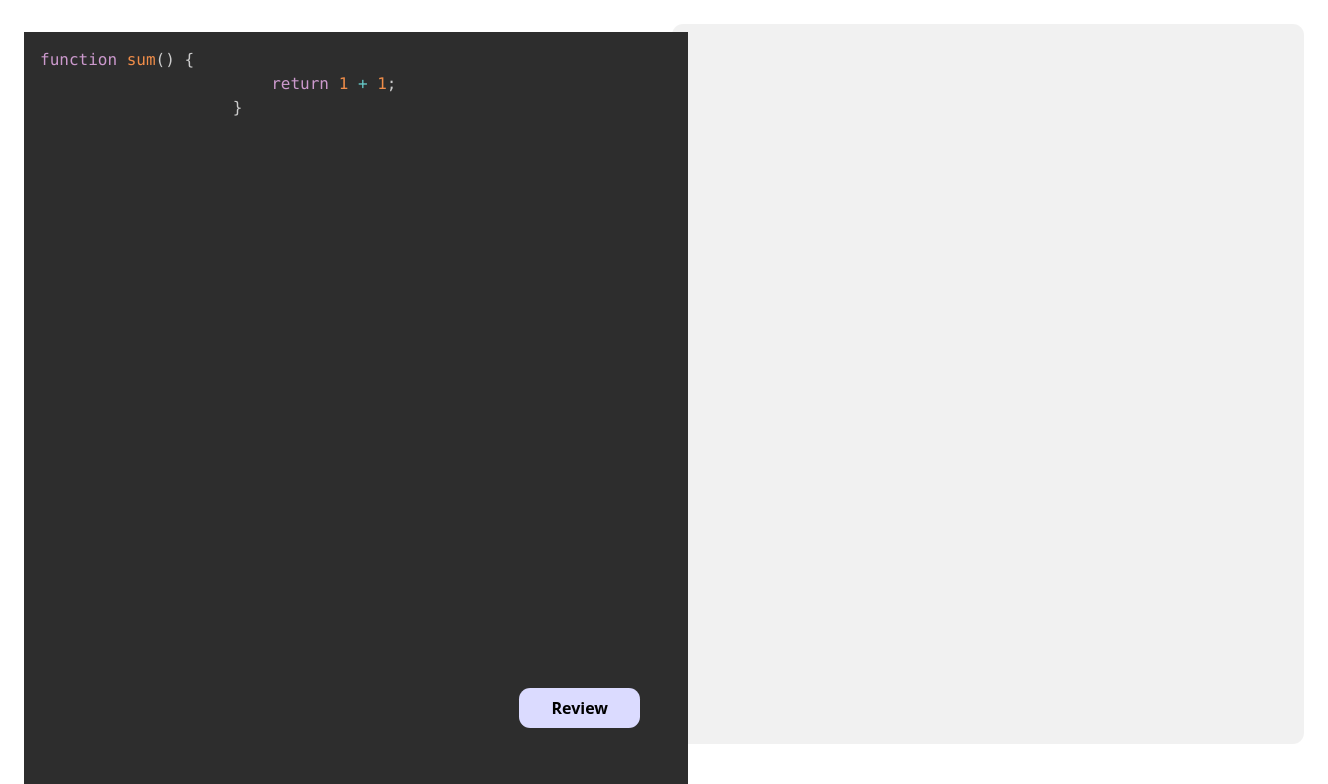
Repository: swarnabha-dutta/ai-code-reviewer
Page: / (app in frontend/)
The author's editor kept a copy of each file at every save. The page is drawn from the files as they stood at one save, then again after the next save.
The browser window is 1280 px wide. The page is 1328 px wide, so the pictures cover 1328 px, including what lies to the right of the window. The pictures show the whole page.
The project was rebuilt for these pictures with package versions that can differ from the ones it lists, and the page was loaded fresh each time. Also part of the build but not shown: frontend/vite.config.js.

Above is the page before, as saved 2025-06-07 08:55:14.

### frontend/src/App.jsx
import { useEffect ,useState} from 'react';
import './App.css'
import "prismjs/themes/prism-tomorrow.css";
import prism from "prismjs";
import './App.css'

function App() {
  const [count, setCount] = useState(0);

 useEffect(() => {
   prism.highlightAll();
 })

  return (
    <>
      <main>
        <div className="left">
          <div className="code">
            <pre>
              <code className="language-javascript">
                    {`function sum() {
                        return 1 + 1;
                    }`}
              </code>
            </pre>
          </div>
          <div className="review">Review</div>
        </div>
        <div className="right"></div>
     </main>
    </>
  )
}





export default App

### frontend/src/App.css
* {
  margin: 0%;
  padding: 0%;
  box-sizing: border-boc;
}

html,
body,
#root {
  height: 100%;
  width: 100%;
}

main {
  height: 100%;
  width: 100%;
  padding: 1.5rem;
  display: flex;
  gap: 1rem;
}

main .left,
main .right {
  height: 100%;
  flex-basis: 50%;
  border-radius: 0.7rem;
}

main .left {
  background-color: #fff;
  position: relative;
}

.left .code,
.code pre,
.code pre code {
  height: 100%;
  width: 100%;
}
main .left .review {
  position: absolute;
  bottom: 1rem;
  right: 1rem;
  background-color: rgb(219, 219, 255);
  color: #000;
  padding: 0.5rem 2rem;
  font-weight: 600;
  border-radius: 0.7rem;
  cursor: pointer;
  user-select: none;
}

main .right {
  background-color: #e8e8e89f;
}

Loaded but not shown: frontend/index.html (common file); frontend/src/main.jsx (common file); frontend/src/index.css (common file)

After the next save:
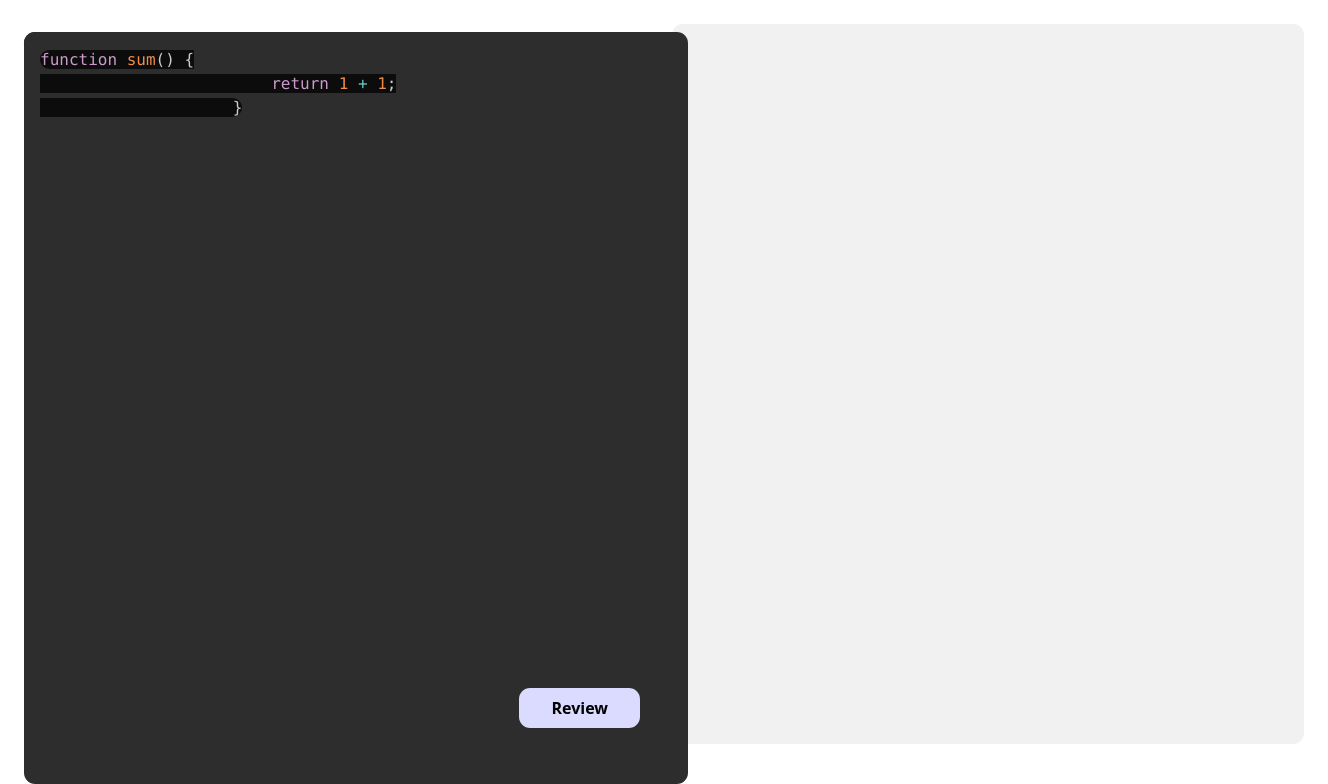
Saved 68 s later.
--- a/frontend/src/App.css
+++ b/frontend/src/App.css
@@ -36,6 +36,9 @@ main .left {
 .code pre code {
   height: 100%;
   width: 100%;
+  margin: 0;
+  border-radius: 0.7rem;
+  background-color: #0c0c0c;
 }
 main .left .review {
   position: absolute;
